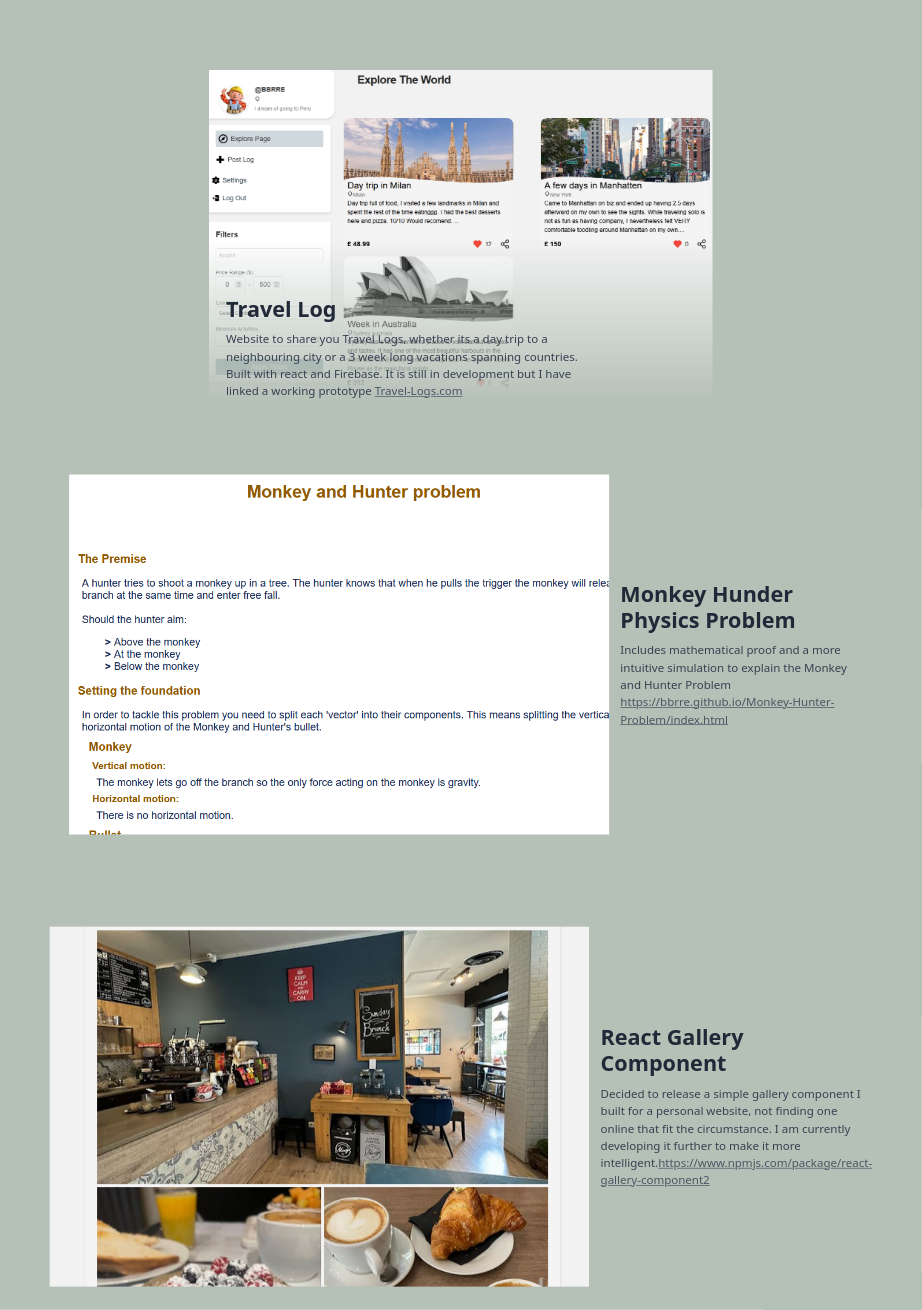
Repository: BBRRE/Portfolio-V2
Page: /#/Computer-Sci
An editor plug-in stored every save of this project. The page is shown before and after a run of saves, followed by the edit.
The browser window is 1280 px wide. The pictures show the whole page, at 72% of full size.
Some web fonts or font styles are not loaded; a fallback is used. The project was rebuilt for these pictures with package versions that can differ from the ones it lists, and the page was loaded fresh each time. Also part of the build but not shown: vite.config.js, src/Subjects/Archi.jsx, src/Subjects/EEng.jsx, src/Subjects/Other.jsx, src/Projects Overview.jsx, src/HomePage.jsx, src/ErrorBoundary.jsx.

Above is the page before, as saved 2024-11-29 09:12:47.

After the next 2 saves:
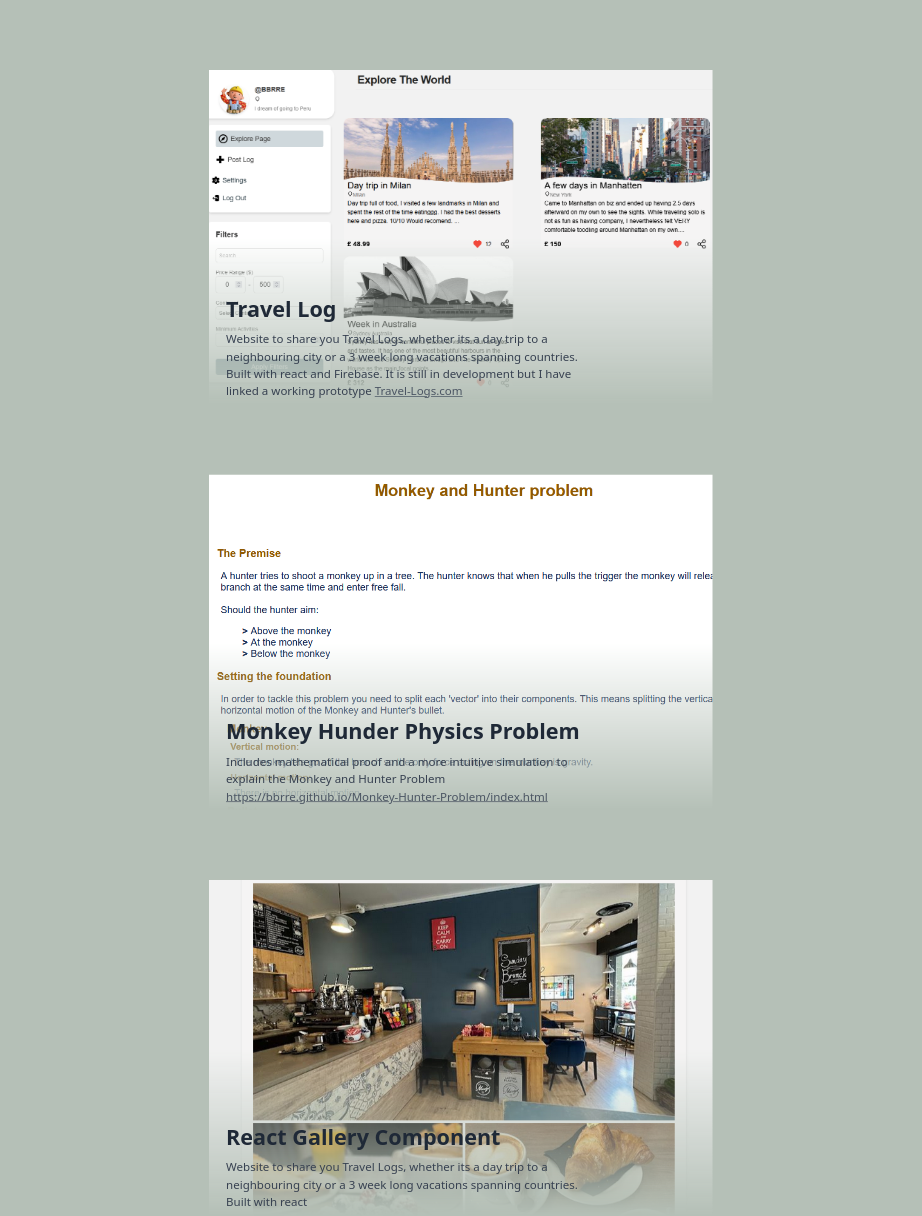
The 2 saves are shown as one change because they came seconds apart.
The last was saved 95 s later.
--- a/src/Subjects/CompSci.jsx
+++ b/src/Subjects/CompSci.jsx
@@ -7,39 +7,39 @@ const CompSci = () => {
   return (
     <div className='bg-[#B5C0B7] w-full h-auto min-h-screen grid grid-cols-1'>
       <div className='relative mx-auto mt-24 w-[700px]'>
-        <img src={cs} style={{WebkitMaskImage: 'linear-gradient(to top, transparent 0%, black 50%)'}} />
+        <img src={cs} style={{ WebkitMaskImage: 'linear-gradient(to top, transparent 0%, black 50%)' }} />
         <div className=" absolute bottom-2 left-2 flex flex-col ml-4 gap-3 justify-center">
           <h2 className=" text-left text-xl md:text-2xl lg:text-3xl font-semibold text-gray-800">
             Travel Log
           </h2>
-        <p className="text-gray-700 text-sm md:text-base leading-relaxed max-w-[500px]">
-          Website to share you Travel Logs, whether its a day trip to a neighbouring city or a 3 week long vacations spanning countries. Built with react
-          and Firebase. It is still in development but I have linked a working prototype <a href="https://Travel-Logs.com/" className='underline text-gray-600'>Travel-Logs.com</a>
-        </p>
+          <p className="text-gray-700 text-sm md:text-base leading-relaxed max-w-[500px]">
+            Website to share you Travel Logs, whether its a day trip to a neighbouring city or a 3 week long vacations spanning countries. Built with react
+            and Firebase. It is still in development but I have linked a working prototype <a href="https://Travel-Logs.com/" className='underline text-gray-600'>Travel-Logs.com</a>
+          </p>
         </div>
       </div>
 
-      <div className='flex md:flex-row flex-col justify-center align-middle w-[85%] h-[500px] mx-auto mt-24 mb-8'>
-        <img src={ph} />
-        <div className="flex flex-col ml-4 gap-3 justify-center">
+      <div className='relative mx-auto mt-24 w-[700px]'>
+        <img src={ph} style={{ WebkitMaskImage: 'linear-gradient(to top, transparent 0%, black 50%)' }} />
+        <div className=" absolute bottom-2 left-2 flex flex-col ml-4 gap-3 justify-center">
           <h2 className=" text-left text-xl md:text-2xl lg:text-3xl font-semibold text-gray-800">
             Monkey Hunder Physics Problem
           </h2>
-        <p className="text-gray-700 text-sm md:text-base leading-relaxed max-w-[400px]">
-        Includes mathematical proof and a more intuitive simulation to explain the Monkey and Hunter Problem  <a href="https://bbrre.github.io/Monkey-Hunter-Problem/index.html" className='underline text-gray-600'>https://bbrre.github.io/Monkey-Hunter-Problem/index.html</a>
-        </p>
+          <p className="text-gray-700 text-sm md:text-base leading-relaxed max-w-[500px]">
+            Includes mathematical proof and a more intuitive simulation to explain the Monkey and Hunter Problem  <a href="https://bbrre.github.io/Monkey-Hunter-Problem/index.html" className='underline text-gray-600'>https://bbrre.github.io/Monkey-Hunter-Problem/index.html</a>        </p>
         </div>
       </div>
 
-      <div className='flex md:flex-row flex-col justify-center align-middle w-[85%] h-[500px] mx-auto mt-24 mb-8'>
-        <img src={tr} />
-        <div className="flex flex-col ml-4 gap-3 justify-center">
+      <div className='relative mx-auto mt-24 w-[700px]'>
+        <img src={tr} style={{ WebkitMaskImage: 'linear-gradient(to top, transparent 0%, black 50%)' }} />
+        <div className=" absolute bottom-2 left-2 flex flex-col ml-4 gap-3 justify-center">
           <h2 className=" text-left text-xl md:text-2xl lg:text-3xl font-semibold text-gray-800">
             React Gallery Component
           </h2>
-        <p className="text-gray-700 text-sm md:text-base leading-relaxed max-w-[400px]">
-        Decided to release a simple gallery component I built for a personal website, not finding one online that fit the circumstance. I am currently developing it further to make it more intelligent.<a href="https://www.npmjs.com/package/react-gallery-component2" className='underline text-gray-600'>https://www.npmjs.com/package/react-gallery-component2</a>
-        </p>
+          <p className="text-gray-700 text-sm md:text-base leading-relaxed max-w-[500px]">
+            Website to share you Travel Logs, whether its a day trip to a neighbouring city or a 3 week long vacations spanning countries. Built with react
+
+          </p>
         </div>
       </div>
 
